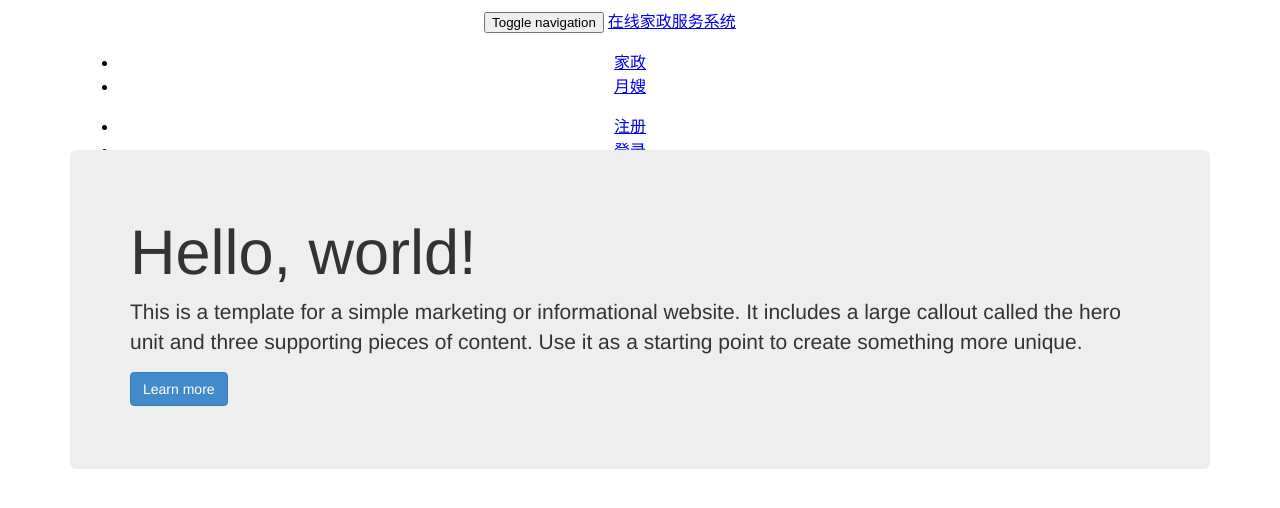
Repository: ELeonCXFJ/MyEclipseWS
Page: http://localhost/MyWeb/
The author's editor kept a copy of each file at every save. The page is drawn from the files as they stood at one save, then again after the next save.
The browser window is 1280 px wide. The pictures show the whole page.
The page is served by Tomcat 9. Nobody is signed in. The application's start-up code is not run. Other server files are loaded and not shown.

Above is the page before, as saved 2017-03-17 04:18:23.

### MyWeb/WebRoot/index.jsp
<%@ page language="java" import="java.util.*" pageEncoding="UTF-8"%>
<%@ taglib prefix="c" uri="http://java.sun.com/jsp/jstl/core" %>

<!DOCTYPE html>
<html>
<head>
   <meta charset="utf-8">
   <title>在线家政服务系统主页</title>
   <link rel="stylesheet" href="./vendor/bootstrap/css/bootstrap.min.css">
   <script src="./vendor/jquery/js/jquery.min.js"></script>
   <script src="./vendor/bootstrap/js/bootstrap.min.js"></script>
</head>
<body>

<div class="container">
	<div class="row clearfix">
		<div class="col-md-12 column">
		<iframe frameborder="0" align="middle" width="1080px" src="<c:url value='/top.jsp' />" name="top"></iframe>

			<div class="jumbotron">
				<h1>
					Hello, world!
				</h1>
				<p>
					This is a template for a simple marketing or informational website. It includes a large callout called the hero unit and three supporting pieces of content. Use it as a starting point to create something more unique.
				</p>
				<p>
					 <a class="btn btn-primary btn-large" href="#">Learn more</a>
				</p>
			</div>
		</div>
	</div>
</div>
</body>
</html>

### MyWeb/WebRoot/top.jsp
<%@ page language="java" import="java.util.*" pageEncoding="UTF-8"%>
<%@ taglib prefix="c" uri="http://java.sun.com/jsp/jstl/core" %>

<!DOCTYPE html>
<html>
<head>
   <meta charset="utf-8">
   <title>导航栏</title>
</head>
<body>

<div class="container" align="center">
	<div class="row clearfix">
		<div class="col-lg-12 col-md-12 col-xs-12 col-sm-12">
			<nav class="navbar navbar-default" role="navigation">
				<div class="navbar-header">
					 <button type="button" class="navbar-toggle" data-toggle="collapse" data-target="#bs-example-navbar-collapse-1"> <span class="sr-only">Toggle navigation</span><span class="icon-bar"></span><span class="icon-bar"></span><span class="icon-bar"></span></button> <a class="navbar-brand" href="<c:url value='/index.jsp'/>">在线家政服务系统</a>
				</div>
				<div class="collapse navbar-collapse" id="bs-example-navbar-collapse-1">
					<ul class="nav navbar-nav">
						<li >
							 <a href="#">家政</a>
						</li>
						<li>
							 <a href="#">月嫂</a>
						</li>
					</ul>
					<ul class="nav navbar-nav navbar-right">
					<c:choose>
						<c:when test="${empty sessionScope.sessionUser }">
							<li>
								 <a href="<c:url value='/jsps/user/register.jsp'/>">注册</a>
							</li>
							<li>
								<a href="<c:url value='/jsps/user/login.jsp' />">登录</a>
							</li>
						</c:when>

						<c:otherwise>
							<li>
								 <a href="<c:url value='/OrderServlet?method=getMyOrder'/>">我的订单</a>
							</li>
							<li>
								 <a href="<c:url value='/jsps/user/pwd.jsp'/>">修改密码</a>
							</li>
							<li>
								 <a href="#">购物车</a>
							</li>
							<li>
								<a href="<c:url value="/UserServlet?method=exit"/>">退出</a>
							</li>
						</c:otherwise>
					</c:choose>
					</ul>
				</div>
			</nav>
		</div>
	</div>
</div>
</body>

After the next save:
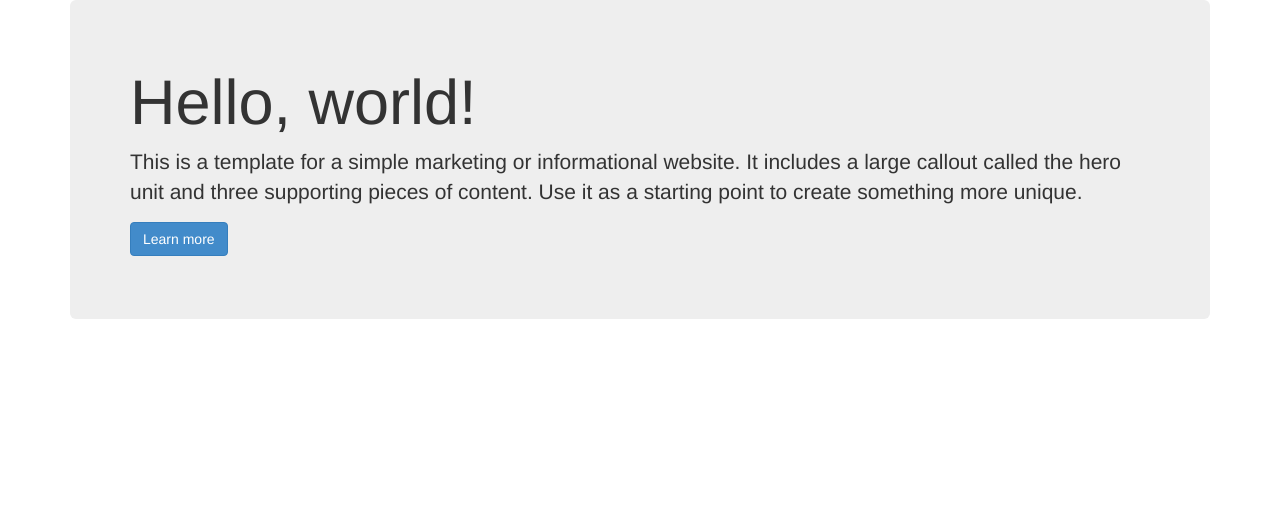
Saved 16 s later.
--- a/MyWeb/WebRoot/index.jsp
+++ b/MyWeb/WebRoot/index.jsp
@@ -15,7 +15,6 @@
 <div class="container">
 	<div class="row clearfix">
 		<div class="col-md-12 column">
-		<iframe frameborder="0" align="middle" width="1080px" src="<c:url value='/top.jsp' />" name="top"></iframe>
 
 			<div class="jumbotron">
 				<h1>
